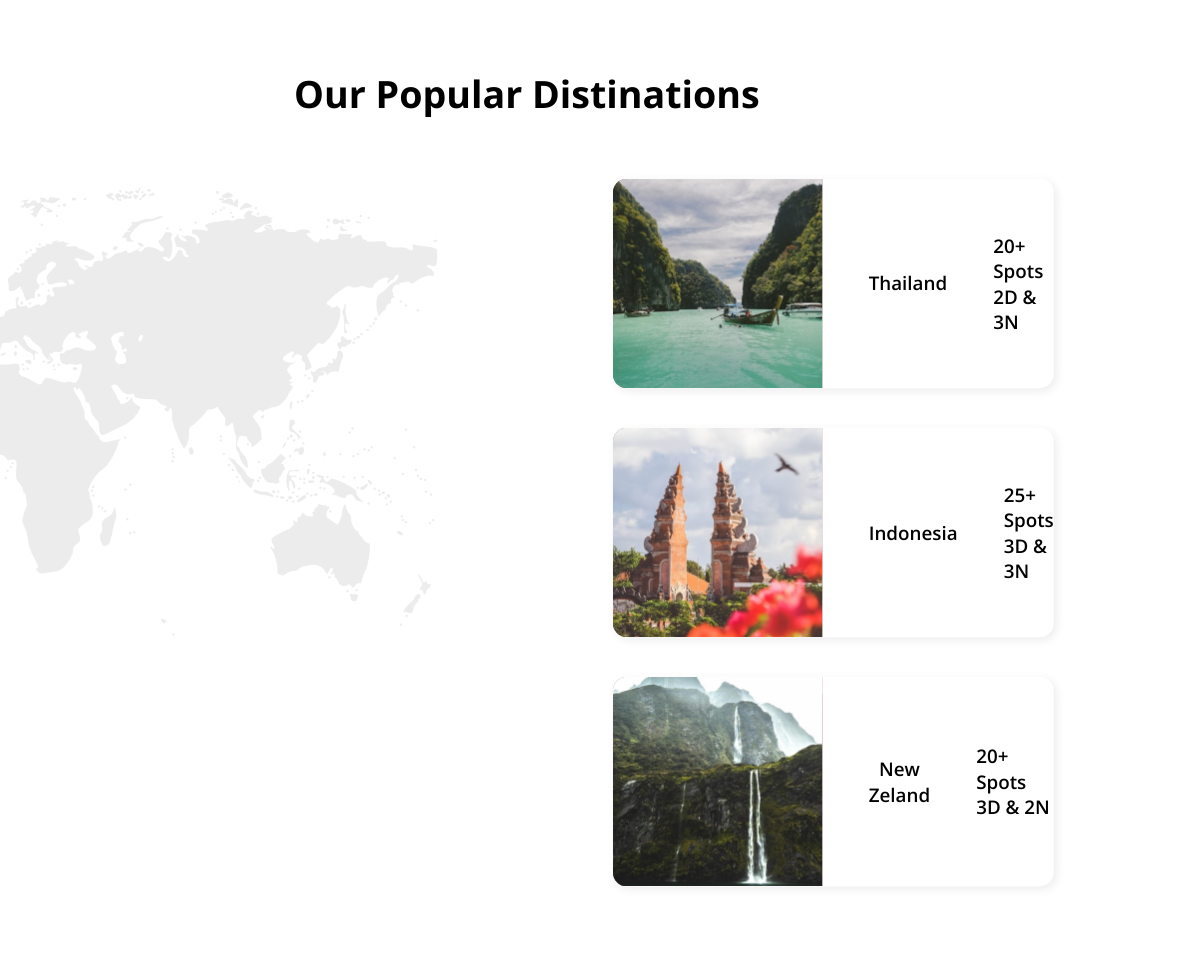
Repository: MehdiKerimov/Figma-Task-16
Page: index.html
These files come from the project's save history. The page is drawn as it stood at one moment and after the next save; the edit follows.
The browser window is 1280 px wide. The pictures show the whole page, at 94% of full size.

Above is the page before, as saved 2023-10-10 11:08:26.

### index.html
<!DOCTYPE html>
<html lang="en">
  <head>
    <meta charset="UTF-8" />
    <meta name="viewport" content="width=device-width, initial-scale=1.0" />
    <title>Document</title>
    <link rel="stylesheet" href="index.css" />
  </head>
  <body>
    <div class="container">
      <h1>Our Popular Distinations</h1>
      <div class="box">
        <div class="img-box">
          <img src="/image/world_map_PNG28 2.png" alt="" />
        </div>
        <ul>
          <li>
            <div>
              <img src="image/Rectangle 15.svg" alt="" />
              <h2>Thailand</h2>
              <p>20+ Spots 2D & 3N</p>
            </div>
          </li>
          <li>
            <div>
              <img src="/image/Rectangle 16.svg" alt="" />
              <h2>Indonesia</h2>
              <p>25+ Spots 3D & 3N</p>
            </div>
          </li>
          <li>
            <div>
              <img src="image/Rectangle 17.svg" alt="" />
              <h2>New Zeland</h2>
              <p>20+ Spots 3D & 2N</p>
            </div>
          </li>
        </ul>
      </div>
    </div>
  </body>
</html>

### index.css
@import url("https://fonts.googleapis.com/css2?family=Open+Sans:wght@600;700&display=swap");
* {
  padding: 0;
  margin: 0;
  box-sizing: border-box;
}
.container {
  min-height: 100vh;
  padding: 72px 159px 52px 0px;
}
.container h1 {
  margin-bottom: 63px;
  color: #000;
  text-align: center;
  font-family: Open Sans;
  font-size: 40px;
  font-style: normal;
  font-weight: 700;
  line-height: normal;
}
.container .box {
  display: flex;

}
.container .box .img-box img{
width: 100%;
}
.container .box ul li {
  margin-bottom: 42px;
  margin-left: 187px;
  /* width: 659px; */
  height: 223px;
  list-style-type: none;
  border-radius: 15px;
  background: #fff;
  box-shadow: 3px 3px 10px 0px rgba(0, 0, 0, 0.08);
}
.container .box ul li img {
  width: 223px;
  height: 223px;
}
.container .box ul li div {
  display: flex;

  align-items: center;
}
.container .box ul li div h2 {
  margin-left: 49px;
  margin-right: 49px;
  color: #000;
  text-align: center;
  font-family: Open Sans;
  font-size: 20px;
  font-style: normal;
  font-weight: 600;
  line-height: normal;
}
.container .box ul li div p {
  color: #000;
  font-family: Open Sans;
  font-size: 20px;
  font-style: normal;
  font-weight: 600;
  line-height: normal;
}

After the next save:
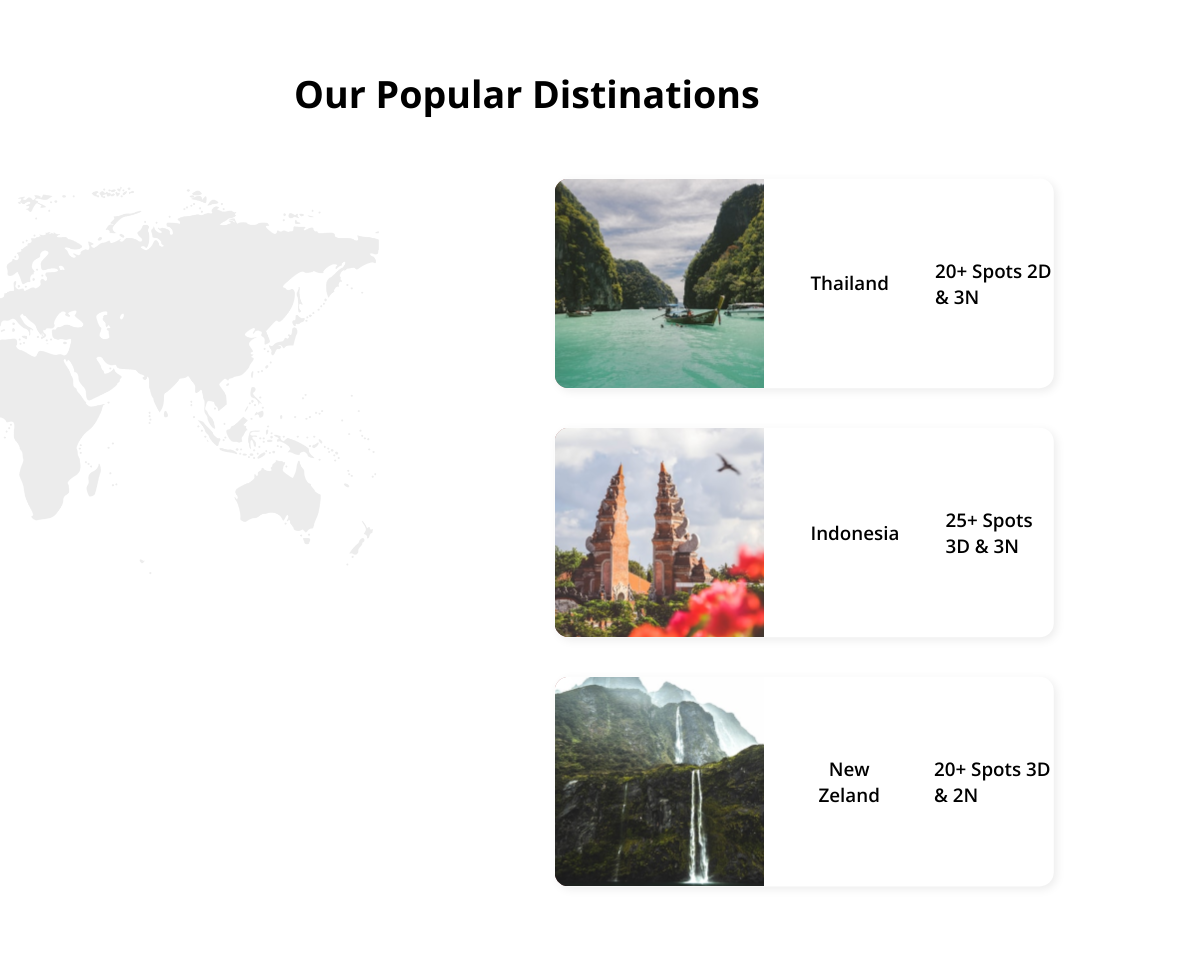
Saved 5 s later.
--- a/index.css
+++ b/index.css
@@ -21,6 +21,9 @@
 .container .box {
   display: flex;
 
+}
+.img-box{
+    width: 40%;
 }
 .container .box .img-box img{
 width: 100%;
